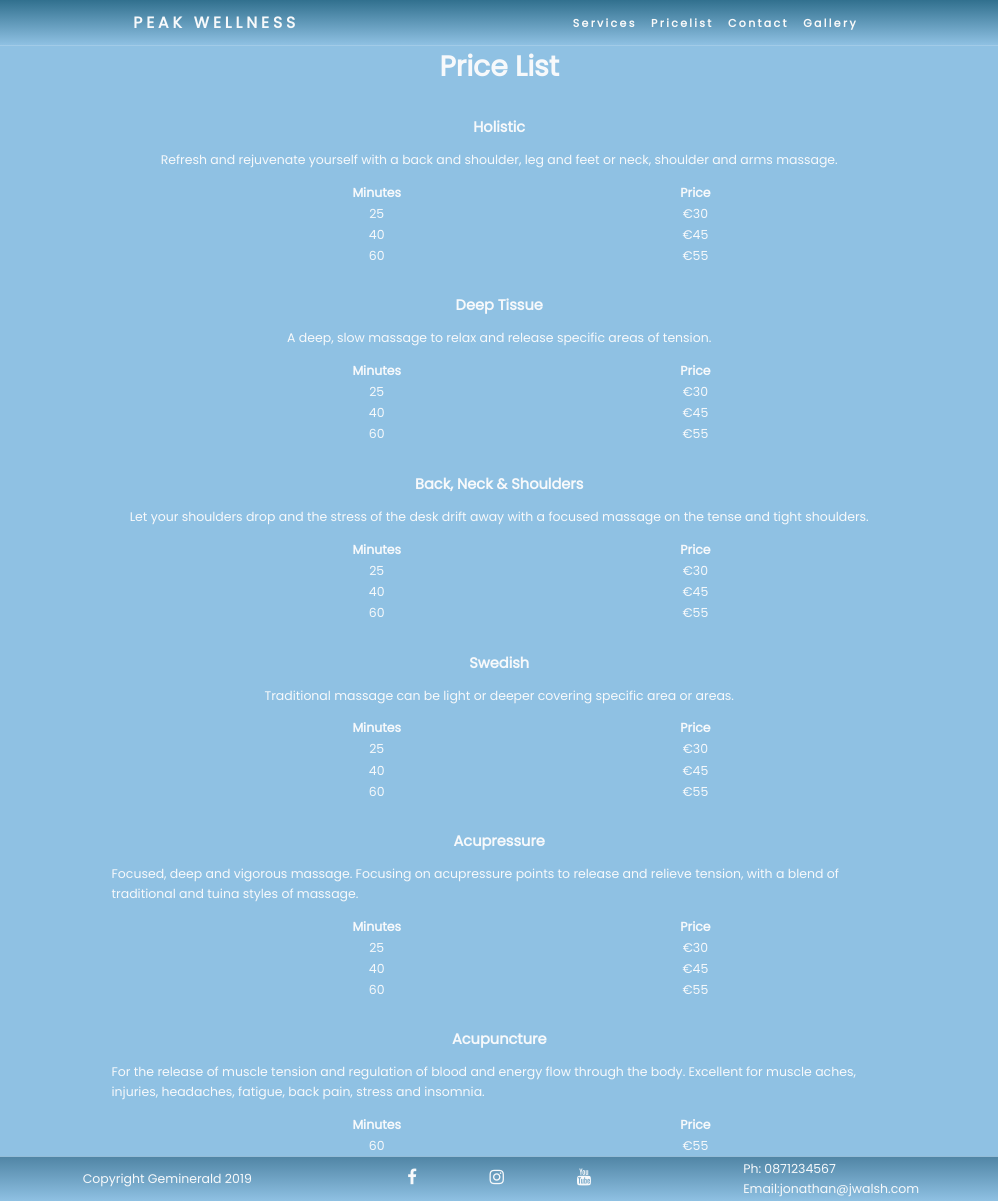
Repository: geminerald/peakwellness
Page: prices.html
The author's editor kept a record of every edit. The page is drawn from the files as they stood at one moment, then again after the next edit.
The browser window is 1280 px wide. The pictures show the whole page, at 78% of full size.

Above is the page before.

### prices.html
<!DOCTYPE html>
<html lang="en">

<head>
    <meta charset="UTF-8">
    <meta name="viewport" content="width=device-width, initial-scale=1.0, maximum-scale=1.0, user-scalable=0">
    <meta http-equiv="X-UA-Compatible" content="ie=edge">
    <link rel="stylesheet" href="assets/style.css" type="text/css" />
    <link href="https://fonts.googleapis.com/css?family=Poppins&display=swap" rel="stylesheet">
    <title>Peak Wellness</title>
    <link rel="icon" href="./images/peak-icon.png">
    <link rel="stylesheet" href="https://stackpath.bootstrapcdn.com/font-awesome/4.7.0/css/font-awesome.min.css" type="text/css" />
</head>

<body>
    <nav>
        <div class="logo">
            <a href="index.html">
                <h4>Peak Wellness</h4>
            </a>
        </div>
        <ul class="nav-links">
            <li>
                <a href="services.html">Services</a>
            </li>
            <li>
                <a href="prices.html">Pricelist</a>
            </li>
            <li>
                <a href="contact.html">Contact</a>
            </li>
            <li>
                <a href="gallery.html">Gallery</a>
            </li>

        </ul>
        <div class="burger">
            <div class="line1"></div>
            <div class="line2"></div>
            <div class="line3"></div>
        </div>
    </nav>
    <section>
        <div class="overlay">
            <div class="price-container">
                <h1>Price List</h1>
                <div class="price-option">
                    <h3>Holistic</h3>
                    <p>Refresh and rejuvenate yourself with a back and shoulder, leg and feet or neck, shoulder and arms massage.</p>
                    <table>
                        <tr>
                            <th>Minutes</th>
                            <th>Price</th>
                        </tr>
                        <tr>
                            <td>25</td>
                            <td>€30</td>
                        </tr>
                        <tr>
                            <td>40</td>
                            <td>€45</td>
                        </tr>
                        <tr>
                            <td>60</td>
                            <td>€55</td>
                        </tr>
                    </table>
                </div>
                <div class="price-option">
                    <h3>Deep Tissue</h3>
                    <p>A deep, slow massage to relax and release specific areas of tension.</p>
                    <table>
                        <tr>
                            <th>Minutes</th>
                            <th>Price</th>
                        </tr>
                        <tr>
                            <td>25</td>
                            <td>€30</td>
                        </tr>
                        <tr>
                            <td>40</td>
                            <td>€45</td>
                        </tr>
                        <tr>
                            <td>60</td>
                            <td>€55</td>
                        </tr>
                    </table>
                </div>
                <div class="price-option">
                    <h3>Back, Neck & Shoulders</h3>
                    <p>Let your shoulders drop and the stress of the desk drift away with a focused massage on the tense and tight shoulders.</p>
                    <table>
                        <tr>
                            <th>Minutes</th>
                            <th>Price</th>
                        </tr>
                        <tr>
                            <td>25</td>
                            <td>€30</td>
                        </tr>
                        <tr>
                            <td>40</td>
                            <td>€45</td>
                        </tr>
                        <tr>
                            <td>60</td>
                            <td>€55</td>
                        </tr>
                    </table>
                </div>
                <div class="price-option">
                    <h3>Swedish</h3>
                    <p>Traditional massage can be light or deeper covering specific area or areas.</p>
                    <table>
                        <tr>
                            <th>Minutes</th>
                            <th>Price</th>
                        </tr>
                        <tr>
                            <td>25</td>
                            <td>€30</td>
                        </tr>
                        <tr>
                            <td>40</td>
                            <td>€45</td>
                        </tr>
                        <tr>
                            <td>60</td>
                            <td>€55</td>
                        </tr>
                    </table>
                </div>
                <div class="price-option">
                    <h3>Acupressure</h3>
                    <p>Focused, deep and vigorous massage. Focusing on acupressure points to release and relieve tension, with a blend of traditional and tuina styles of massage.</p>
                    <table>
                        <tr>
                            <th>Minutes</th>
                            <th>Price</th>
                        </tr>
                        <tr>
                            <td>25</td>
                            <td>€30</td>
                        </tr>
                        <tr>
                            <td>40</td>
                            <td>€45</td>
                        </tr>
                        <tr>
                            <td>60</td>
                            <td>€55</td>
                        </tr>
                    </table>
                </div>
                <div class="price-option">
                    <h3>Acupuncture</h3>
                    <p>For the release of muscle tension and regulation of blood and energy flow through the body. Excellent for muscle aches, injuries, headaches, fatigue, back pain, stress and insomnia.</p>
                    <table>
                        <tr>
                            <th>Minutes</th>
                            <th>Price</th>
                        </tr>

                        <tr>
                            <td>60</td>
                            <td>€55</td>
                        </tr>
                    </table>
                </div>
            </div>
        </div>
    </section>
    <footer>
        <div class="f-item">
            <a class="show-mobile" target="_blank" href="https://github.com/geminerald"><i class="fa fa-copyright"></i> </a>
            <p class="hidden-mobile">Copyright <a target="_blank" href="https://github.com/geminerald"> Geminerald </a> 2019</p>
        </div>
        <div class="f-item">
            <ul class="social-links">
                <li><a target="_blank" href="https://www.facebook.com/PeakWellnessstudio/"><i class="fa fa-facebook"></i></a></li>
                <li><a target="_blank" href="https://www.instagram.com/thepeakwellnessstudio/"><i class="fa fa-instagram"></i></a></li>
                <li><a target="_blank" href="https://www.youtube.com/channel/UC_d9R5XdeesvneUyRDroG0w?"><i class="fa fa-youtube"></i></a></li>
            </ul>
        </div>
        <div class="f-item">
            <a class="show-mobile" href="contact.html"><i class="fa fa-phone"></i></a>
            <p class="hidden-mobile">Ph: 0871234567<br>Email:jonathan@jwalsh.com</p>
        </div>
    </footer>
    <script src="./assets/nav.js"></script>
</body>

</html>

### assets/style.css

/*----------------------------------------------------------------Universals*/* {
    margin: 0;
    padding: 0;
    box-sizing: border-box;
}

body {
    font-family: 'Poppins', sans-serif;
    color: #f7f9fb;
}

a {
    text-decoration: none;
    color: #f7f9fb;
    cursor:pointer;
}


h1 {
    margin: 20px;
    font-size: 5vh;
    width: 100%;
    text-align: center;
}

/*----------------------------------------------------------------Universals*/

/*----------------------------------------------------------------Colours

Grey/Green: #687864
Dark Blue: #31708e
Medium Blue: #5085a5
Light Blue: #8fc1e3
White: #f7f9fb

Colours from: https://visme.co/blog/website-color-schemes/

*/



.price-container{
    color:#f7f9fb;
    background-color:#8fc1e3 ;

}

.price-container h1{
    margin:0;
}

.price-option{
    display:flex;
    flex-flow:column;
    justify-content:space-around;
    align-items:center;
    width:80%;
    margin:auto;
}
.price-option h3{
    margin-top:35px;
}
.price-option p{
    margin:15px;
}

table{
    width:80%;
    margin:auto;
}

th{

}
tr{

}
td{

    text-align:center;
}

/*----------------------------------------------------------------Nav*/

/*Nav Elements: Dev Ed:

https://www.youtube.com/watch?v=gXkqy0b4M5g

*/

nav {
    display: flex;
    justify-content: space-around;
    align-items: center;
    min-height: 8vh;
    background: linear-gradient(180deg, #31708E 0%, #8FC1E3 100%);

}

.logo {
    color: #fafafa;
    text-transform: uppercase;
    letter-spacing: 5px;
    font-size: 20px;

}

.nav-links {
    display: flex;
    width: 30%;
    justify-content: space-around;

}

.nav-links li {
    list-style: none;
}

.nav-links a {
    color: #fafafa;
    text-decoration: none;
    letter-spacing: 3px;
    font-weight: bold;
    font-size: 14px;

}

.burger {
    display: none;
    cursor: pointer;
}

.burger div {
    width: 25px;
    height: 3px;
    background-color: #fafafa;
    margin: 5px;
    transition: all 0.3s ease;

}

@media screen and (max-width:1068px) {
    .nav-links {
        width: 50%;
    }
}

@media screen and (max-width:768px) {
    body {
        overflow-x: hidden;
    }

    .nav-links {
        position: absolute;
        ;
        right: 0px;
        height: 92vh;
        top: 8vh;
        background: linear-gradient(270deg, #31708E 0%, #8FC1E3 100%);
        display: flex;
        flex-direction: column;
        align-items: center;
        width: 70%;
        transform: translateX(100%);
        transition: transform 0.5s ease-in;
        z-index: 1;
    }
    .nav-links li {
        opacity: 0;
    }
    .burger {
        display: block;
    }
}

.nav-active {
    transform: translateX(0%);
}

@keyframes navLinkFade {
    from {
        opacity: 0;
        transform: translateX(50px);
    }
    to {
        opacity: 1;
        transform: translateX(0px);
    }
}

.toggle .line1 {
    transform: rotate(-45deg) translate(-5px, 6px);
}

.toggle .line2 {
    opacity: 0;
}

.toggle .line3 {
    transform: rotate(45deg) translate(-5px, -6px);
}

/*----------------------------------------------------------------Nav*/

/*----------------------------------------------------------------Home*/

.home-container {
    background-image: url("../images/home-bg.jpg");
    background-repeat: no-repeat;
    background-position: center;
    background-size: cover;
    z-index: 0;
    margin: auto;
    height: 90vh;
    width: 100%;
    display: flex;
    justify-content: space-around;
    align-items: center;
    flex-flow: column;
}

.appear1 {
    animation: appear 1s ease-in;
}

.appear2 {
    opacity: 0;
    animation: appear 4s ease-in;
    animation-delay: 2s;
    animation-fill-mode: forwards;
}

/*----------------------------------------------------------------Home*/

/*----------------------------------------------------------------Services*/

.about {
    display: flex;
    flex-direction: column;
    align-items: center;
    color: #31708e;
    margin: 10px 0px 30px 0px;
}


.about p {
    margin: 20px 30px 0px 30px;
    text-align: center;
}

.services {
    display: flex;
    flex-flow: row wrap;
    align-items: center;
    color: #31708e;
    background-color: #f7f9fb;
    justify-content: center;
}

.service-container {
    margin-bottom: 15px;
}

.service {
    display: flex;
    align-items: center;
    justify-content: center;
    flex-flow: column wrap;
    margin: 0px 15px 20px 15px;
    min-height: 450px;
    min-width: 350px;

}

.service p {
    max-width: 350px;
    text-align: center;
    margin-top: 10px;
}

.image-cropper {
    border: 5px solid #8fc1e3;
    width: 250px;
    height: 250px;
    position: relative;
    overflow: hidden;
    border-radius: 50%;
    box-shadow: 0 2px 4px 0 rgba(0, 0, 0, 0.2);
    transition: 0.3s ease-in;

}

.image-cropper:hover {
    box-shadow: 0 3px 6px 0 rgba(0, 0, 0, 0.4);
}

.image-cropper img {
    display: inline;
    margin: 0 auto;
    height: 100%;
    width: auto;
}

button {
    color: #f7f9fb;
    background-color: #5085a5;
    margin: 10px 0px 10px 0px;
    min-height: 50px;
    min-width: 200px;
    border-radius: 5px;
    box-shadow: 0 4px 8px 0 rgba(0, 0, 0, 0.4);
    transition: 0.3s ease-in;
    font-size: 3vh;
    cursor: pointer;
    padding: 10px;
}

button:hover {
    box-shadow: 0 6px 14px 0 rgba(0, 0, 0, 0.6);
}

/*----------------------------------------------------------------Services*/

/*----------------------------------------------------------------Prices*/

/*----------------------------------------------------------------Prices*/

/*----------------------------------------------------------------Contact*/

.contact-container {
    display: flex;
    flex-direction: column;
    color: #5085a5;
    background-color:#f7f9fb;

}

h5{
    text-align:center;
    width:100%;
    letter-spacing:1px;
    font-size:2.5vh;
}

.contacts{
    display:flex;
    flex-flow:row wrap;
    justify-content:space-evenly;
    margin:5vh 0vh 5vh 0vh;
}

.contact{
    margin-top:5vh;
    display:flex;
    flex-direction:column;
    text-align:center;
}

.contact i{
    font-size:5vh;
}
.contact a{
    color:#5085a5;
}

form{
    margin:auto;
    margin-top:30px;
    margin-bottom:30px;
    display:flex;
    flex-flow:column wrap;
    width:80%;
    justify-content:space-evenly;
}

input,textarea{
    border-radius:5px;
    border:3px solid #8fc1e3;
    margin:5px;
}

/*----------------------------------------------------------------Contact*/

/*----------------------------------------------------------------Footer*/

footer {
    height: 8vh;
    width: 100%;
    background: linear-gradient(180deg, #5085A5 0%, #8FC1E3 100%);
    display: flex;
    flex-direction: row;
    justify-content: space-evenly;
}

.f-item {
    display: flex;
    align-items: center;
    justify-content: space-evenly;
    flex-direction: row;
    width: 33%;
}

.social-links {
    display: flex;
    justify-content: space-evenly;
    list-style: none;
    width: 100%;
}

.social-links li a i,
.f-item a i {
    font-size: 3vh;
}


.hidden-mobile {
    display: block;
}

.show-mobile {
    display: none;
}

@media screen and (max-width:768px) {
    .hidden-mobile {
        display: none;
    }
    .show-mobile {
        display: block;
    }
}

/*----------------------------------------------------------------Footer*/

/*----------------------------------------------------------------KeyFrames*/

@keyframes appear {
    from {
        opacity: 0
    }
    to {
        opacity: 1
    }

}

/*----------------------------------------------------------------KeyFrames*/
.overlay{
    background-color: rgba((0,0,0,0.5);

}

### assets/nav.js
const navSlide = () => {
    const burger = document.querySelector('.burger');
    const nav = document.querySelector('.nav-links');
    const navLinks = document.querySelectorAll('.nav-links li');

    burger.addEventListener('click', () => {
        nav.classList.toggle('nav-active');
        navLinks.forEach((link, index) => {
            if (link.style.animation) {
                link.style.animation = '';
            } else {
                link.style.animation = `navLinkFade 0.5s ease forwards ${index/7 + 1}s`;
            }
        });
        burger.classList.toggle('toggle');
    });
}

navSlide();

After the next edit:
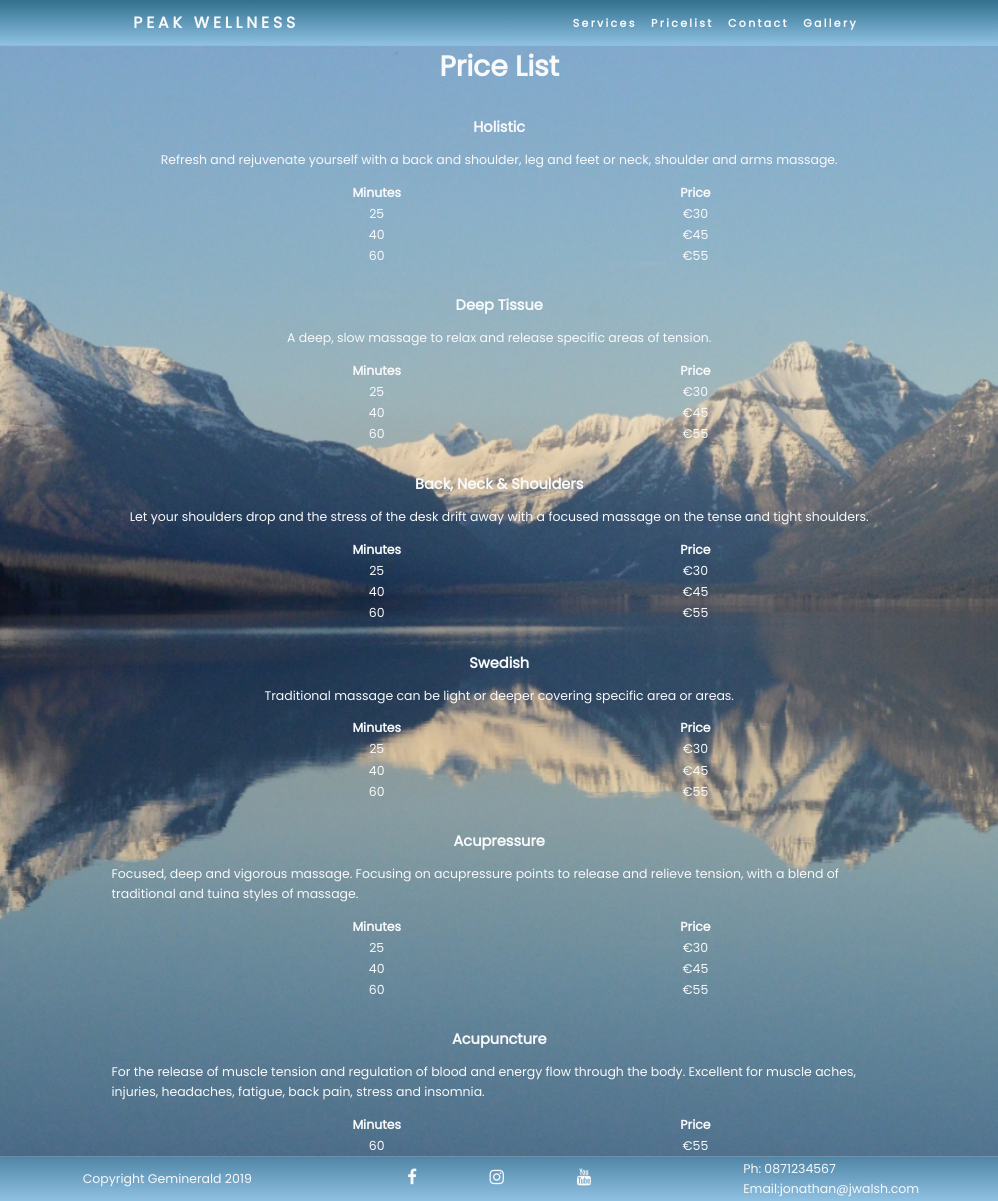
The edit:
--- a/assets/style.css
+++ b/assets/style.css
@@ -42,7 +42,11 @@
 
 .price-container{
     color:#f7f9fb;
-    background-color:#8fc1e3 ;
+    background-image: url("../images/home-bg.jpg");
+    background-repeat: no-repeat;
+    background-position: center;
+    background-size: cover;
+    opacity: 5;
 
 }
 
